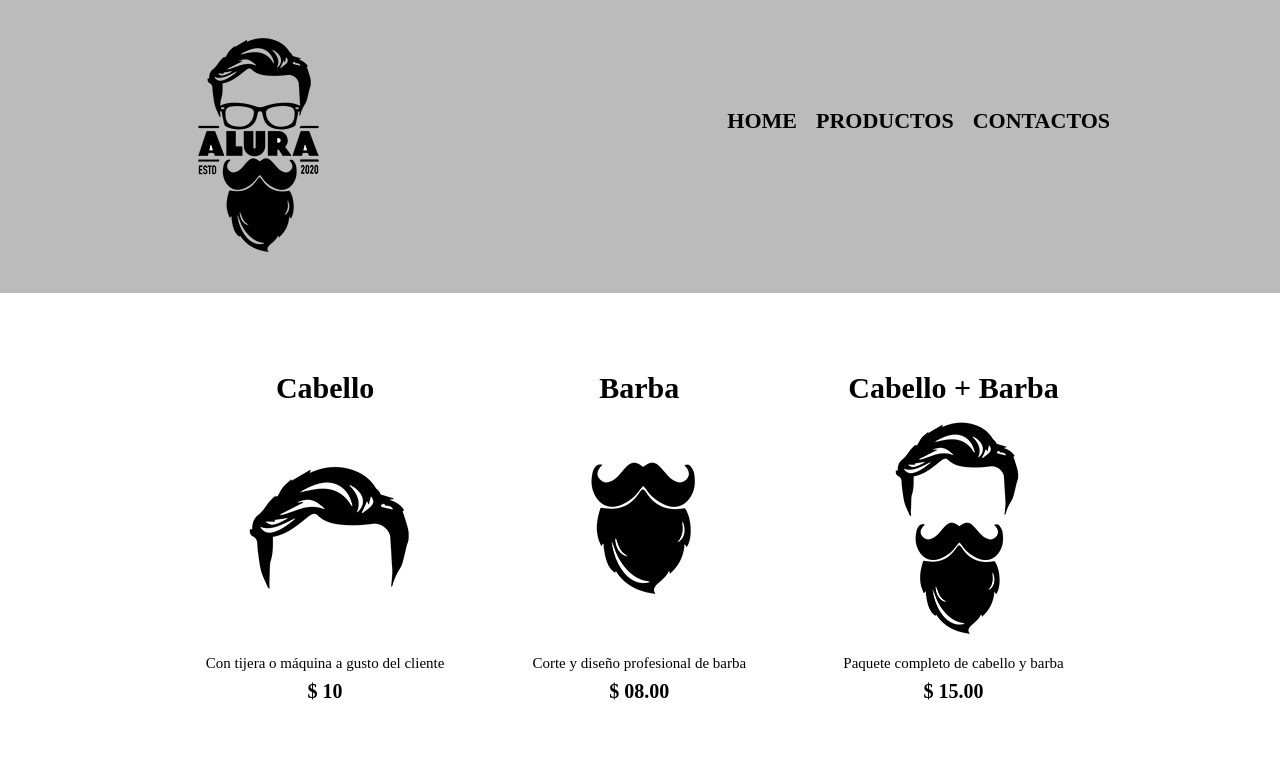
Repository: Ciromontes/Barber-a
Page: productos.html
The author's editor kept a copy of each file at every save. The page is drawn from the files as they stood at one save, then again after the next save.
The browser window is 1280 px wide. The pictures show the whole page.

Above is the page before, as saved 2022-12-23 21:33:20.

### productos.html
<!DOCTYPE html>
<html>
    <head>
        <meta http-equiv="Content-Type" content="text/html;charset=UTF-8">
        <title>Productos - Barbería Alura</title>
        <link rel="stylesheet" href="reset.css">
        <link rel="stylesheet" href="productos.css">
    </head>

    <body>
        <header>
            <div class="caja">
                <h1><img src="logos/logo.png"></h1>
            <nav>
                <ul>
                    <li><a href="index.html">Home</a></li>
                    <li><a href="productos.html">Productos</a></li>
                    <li><a href="Contacto.html">Contactos</a></li>

                </ul>

            </nav>

            </div>

        </header>
        <main>
            <ul class="productos">
                <li>
                    <h2>Cabello</h2>
                    <img src="logos/cabello.jpg" alt="">
                    <p class="producto-descripcion">Con tijera o máquina a gusto del cliente</p>
                    <p class="producto-precio">$ 10</p>

                </li>
                <li>
                    <h2>Barba</h2>
                    <img src="logos/barba.jpg" alt="">
                    <p class="producto-descripcion">Corte y diseño profesional de barba</p>
                    <p class="producto-precio">$ 08.00</p>

                </li>
                <li>
                    <h2>Cabello + Barba</h2>
                    <img src="logos/cabello+barba.jpg" alt="">
                    <p class="producto-descripcion">Paquete completo de cabello y barba</p>
                    <p class="producto-precio">$ 15.00</p>

                </li>
            </ul>



        </main>

    </body>
</html>

### productos.css
header{
    background-color: #BBBBBB;
}
.caja{
    width: 940px;
    position: relative;
    margin: 0 auto;
    padding: 20px 0;
}

nav li{
    display:inline;
    margin: 0 0 0 15px;

}
nav{
    position: absolute;
    top: 110px;
    right: 0;
}

nav a{
    text-transform: uppercase;
    color:#000000;
    font-weight: bold;
    font-size: 22px;
    text-decoration: navajowhite;


}

.productos{
    width: 940px;
    margin: 0 auto;
    padding: 50px;
}

.productos li{
    display: inline-block;
    width: 30%;
    vertical-align: top;
    text-align: center;

    margin:0 1.5%;
    padding: 30px 20px;
    box-sizing: border-box;

}

.productos h2{
    text-align: center;
    font-size: 30px;
    font-weight: bold;
}

.producto-descripcion{
    font-size: 15px;

}
.producto-precio{
    font-size: 20px;
    font-weight: bold;
    margin-top: 10px;
}

Loaded but not shown: reset.css (common file)

After the next save:
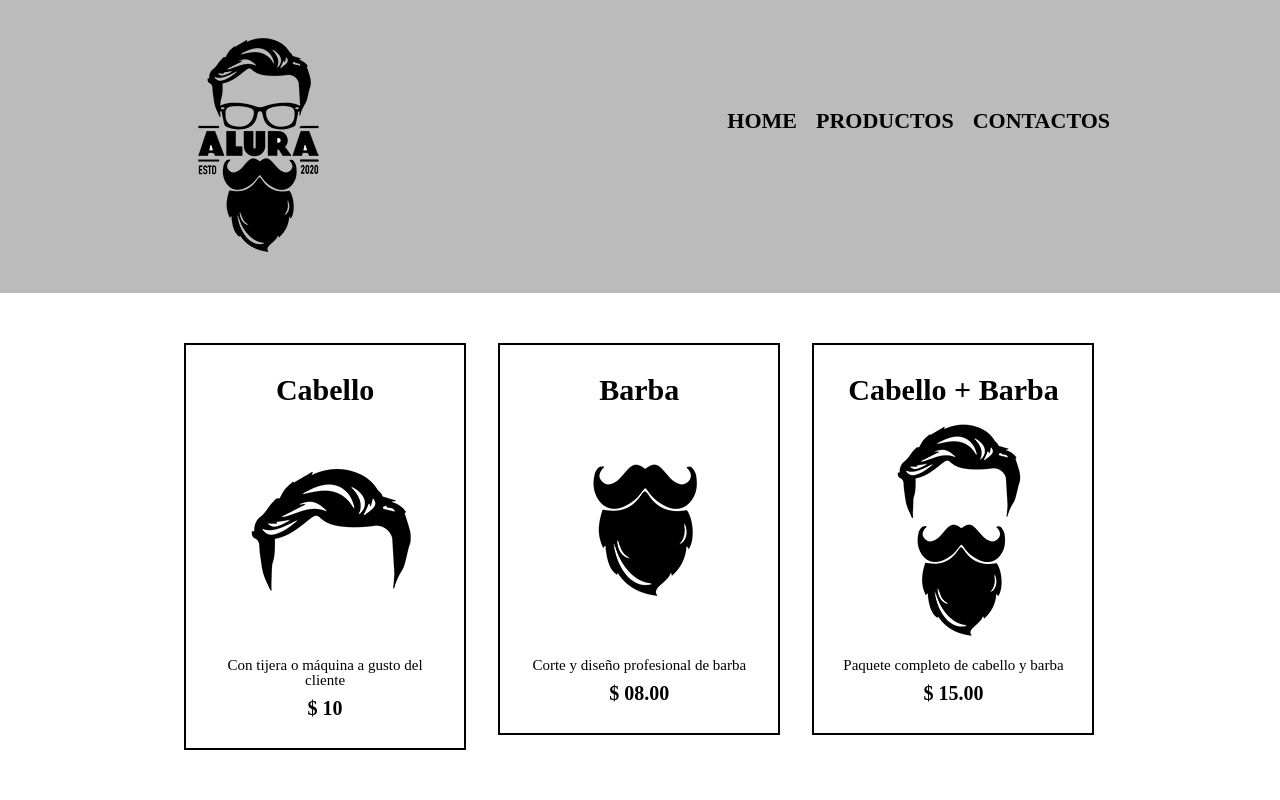
Saved 18 min 9 s later.
--- a/productos.css
+++ b/productos.css
@@ -40,10 +40,12 @@
     width: 30%;
     vertical-align: top;
     text-align: center;
-
     margin:0 1.5%;
     padding: 30px 20px;
     box-sizing: border-box;
+    border-color: #000000;
+    border-width: 2px;
+    border-style: solid;
 
 }
 
